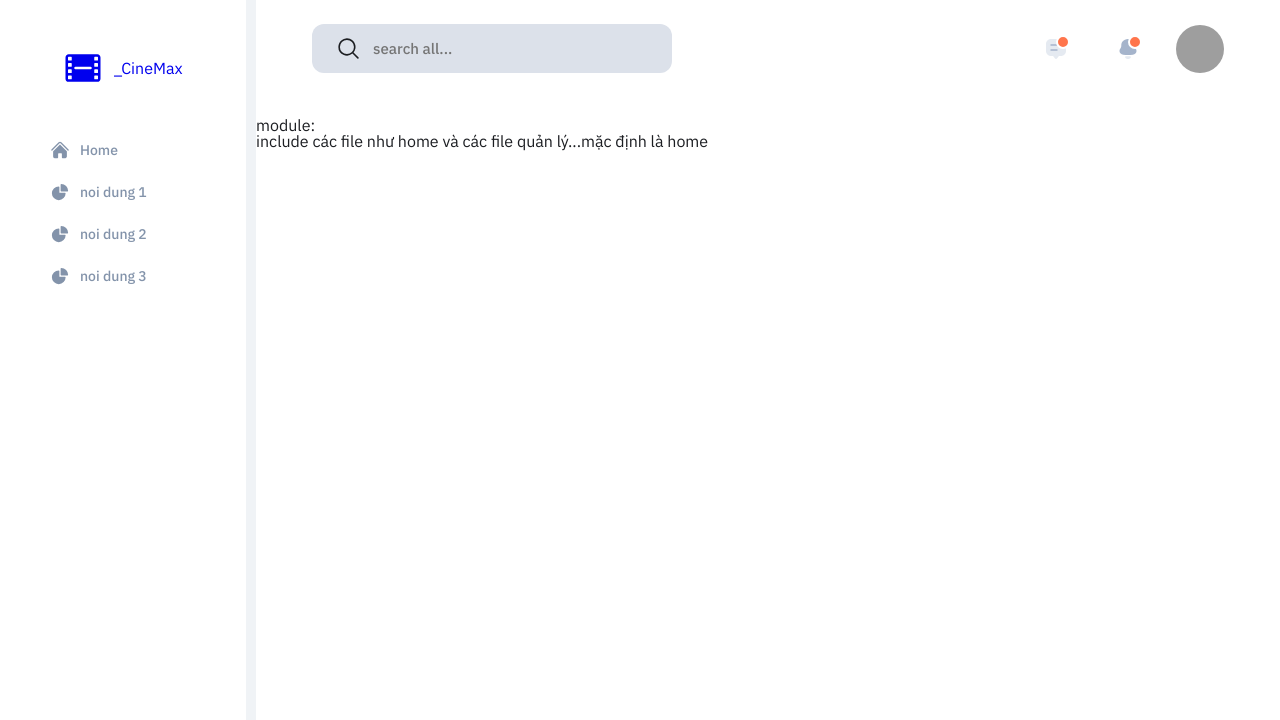
Repository: tdthinhtran961/DoAnCineMax
Page: http://localhost/admin/index.php?act=movies
The author's editor kept a copy of each file at every save. The page is drawn from the files as they stood at one save, then again after the next save.
The browser window is 1280 px wide. The pictures show the whole page.
Pictures or frames that could not be fetched are drawn as grey boxes. The page is run by PHP 8.4 with error messages shown; the project is at /var/www/html/.

Above is the page before, as saved 2023-05-25 23:42:49.

After the next save:
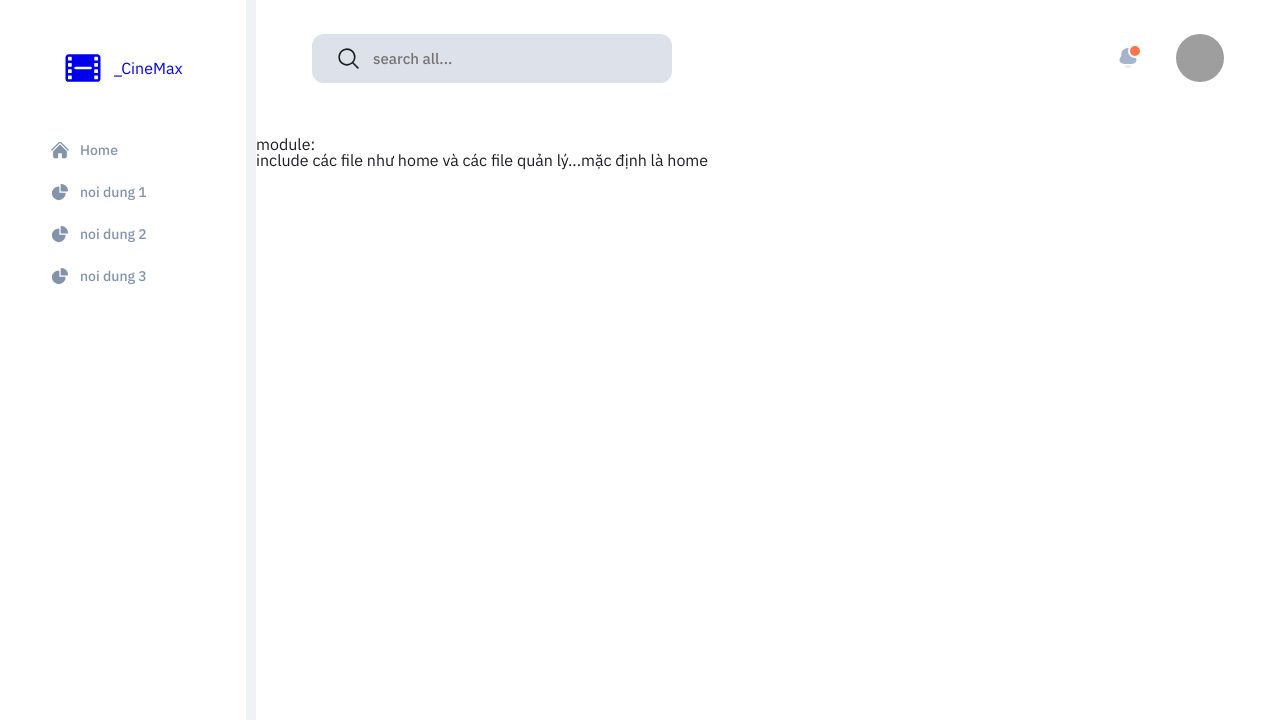
Saved 45 s later.
--- a/admin/view/layout/topbar.php
+++ b/admin/view/layout/topbar.php
@@ -6,7 +6,7 @@
         <input type="text" class="search-input" placeholder="search all...">
     </div>
     <div class="topbar-right">
-        <svg class="icon-message" width="48" height="48" viewBox="0 0 48 48" fill="none" xmlns="http://www.w3.org/2000/svg">
+        <svg class="icon-message topbar" width="48" height="48" viewBox="0 0 48 48" fill="none" xmlns="http://www.w3.org/2000/svg">
             <path d="M14 24.97V18.99C14 16.23 16.24 14 19 14H29C31.76 14 34 16.23 34 18.99V25.97C34 28.72 31.76 30.95 29 30.95H27.5C27.19 30.95 26.89 31.1 26.7 31.35L25.2 33.34C24.54 34.22 23.46 34.22 22.8 33.34L21.3 31.35C21.14 31.13 20.78 30.95 20.5 30.95H19C16.24 30.95 14 28.72 14 25.97V24.97Z" fill="#E5EAF1"/>
             <path d="M29 20.75H19C18.59 20.75 18.25 20.41 18.25 20C18.25 19.59 18.59 19.25 19 19.25H29C29.41 19.25 29.75 19.59 29.75 20C29.75 20.41 29.41 20.75 29 20.75Z" fill="#A5B4CB"/>
             <path d="M25 25.75H19C18.59 25.75 18.25 25.41 18.25 25C18.25 24.59 18.59 24.25 19 24.25H25C25.41 24.25 25.75 24.59 25.75 25C25.75 25.41 25.41 25.75 25 25.75Z" fill="#A5B4CB"/>

After the 2 saves that followed:
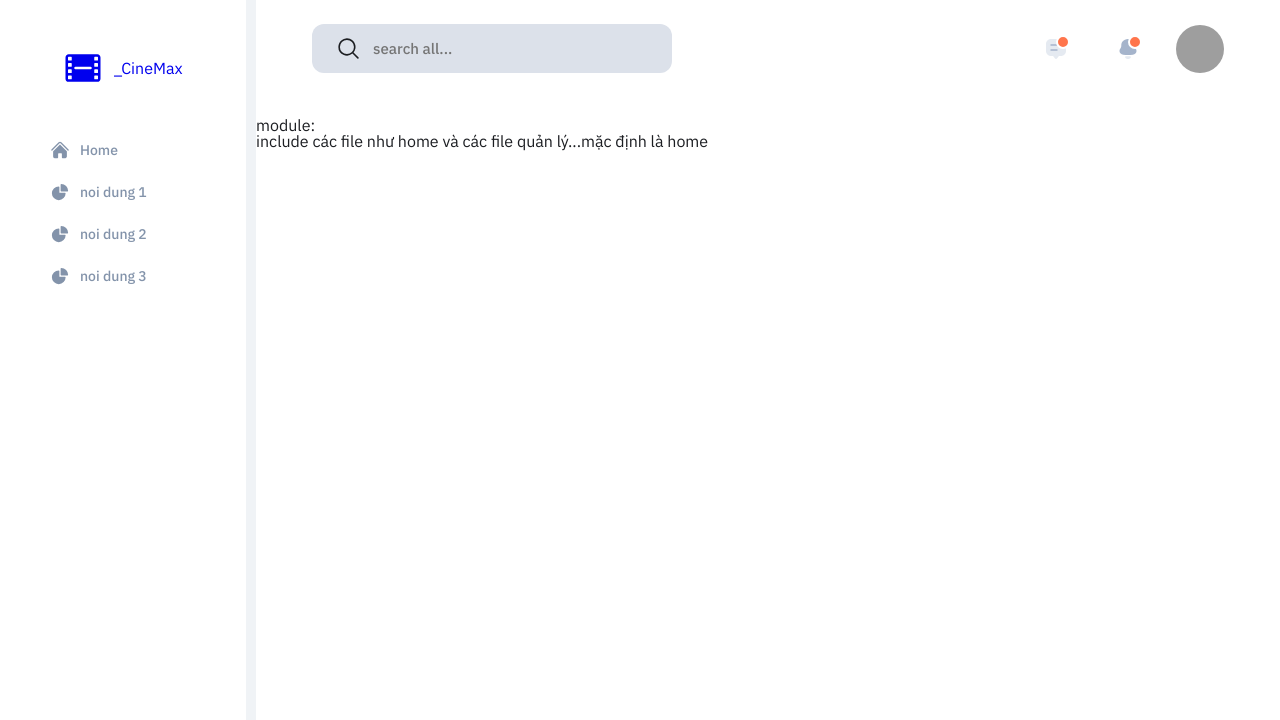
The 2 saves are shown as one change because they came seconds apart.
The last was saved 7 s later.
--- a/admin/view/layout/topbar.php
+++ b/admin/view/layout/topbar.php
@@ -6,14 +6,14 @@
         <input type="text" class="search-input" placeholder="search all...">
     </div>
     <div class="topbar-right">
-        <svg class="icon-message topbar" width="48" height="48" viewBox="0 0 48 48" fill="none" xmlns="http://www.w3.org/2000/svg">
+        <svg class="icon-message topbar-action" width="48" height="48" viewBox="0 0 48 48" fill="none" xmlns="http://www.w3.org/2000/svg">
             <path d="M14 24.97V18.99C14 16.23 16.24 14 19 14H29C31.76 14 34 16.23 34 18.99V25.97C34 28.72 31.76 30.95 29 30.95H27.5C27.19 30.95 26.89 31.1 26.7 31.35L25.2 33.34C24.54 34.22 23.46 34.22 22.8 33.34L21.3 31.35C21.14 31.13 20.78 30.95 20.5 30.95H19C16.24 30.95 14 28.72 14 25.97V24.97Z" fill="#E5EAF1"/>
             <path d="M29 20.75H19C18.59 20.75 18.25 20.41 18.25 20C18.25 19.59 18.59 19.25 19 19.25H29C29.41 19.25 29.75 19.59 29.75 20C29.75 20.41 29.41 20.75 29 20.75Z" fill="#A5B4CB"/>
             <path d="M25 25.75H19C18.59 25.75 18.25 25.41 18.25 25C18.25 24.59 18.59 24.25 19 24.25H25C25.41 24.25 25.75 24.59 25.75 25C25.75 25.41 25.41 25.75 25 25.75Z" fill="#A5B4CB"/>
             <rect x="25" y="11" width="12" height="12" rx="6" fill="#FF754C"/>
             <rect x="25" y="11" width="12" height="12" rx="6" stroke="white" stroke-width="2"/>
         </svg>
-        <svg class="icon-noti" width="48" height="48" viewBox="0 0 48 48" fill="none" xmlns="http://www.w3.org/2000/svg">
+        <svg class="icon-noti topbar-action" width="48" height="48" viewBox="0 0 48 48" fill="none" xmlns="http://www.w3.org/2000/svg">
             <path d="M31.7695 23.6453C31.039 22.7923 30.7071 22.0531 30.7071 20.7972V20.3701C30.7071 18.7335 30.3304 17.6791 29.5115 16.6246C28.2493 14.987 26.1244 14 24.0442 14H23.9558C21.9194 14 19.8611 14.9417 18.577 16.5128C17.7133 17.5884 17.2929 18.6882 17.2929 20.3701V20.7972C17.2929 22.0531 16.9828 22.7923 16.2305 23.6453C15.6769 24.2738 15.5 25.0815 15.5 25.9557C15.5 26.8309 15.7872 27.6598 16.3637 28.3336C17.116 29.1413 18.1785 29.6569 19.2638 29.7466C20.835 29.9258 22.4063 29.9933 24.0005 29.9933C25.5937 29.9933 27.165 29.8805 28.7372 29.7466C29.8215 29.6569 30.884 29.1413 31.6363 28.3336C32.2118 27.6598 32.5 26.8309 32.5 25.9557C32.5 25.0815 32.3231 24.2738 31.7695 23.6453Z" fill="#A5B4CB"/>
             <path d="M26.0087 31.2283C25.5088 31.1215 22.4626 31.1215 21.9627 31.2283C21.5353 31.327 21.0732 31.5566 21.0732 32.0602C21.098 32.5406 21.3793 32.9646 21.7689 33.2335L21.7679 33.2345C22.2718 33.6273 22.8631 33.877 23.4823 33.9667C23.8123 34.012 24.1482 34.01 24.4901 33.9667C25.1083 33.877 25.6996 33.6273 26.2035 33.2345L26.2025 33.2335C26.5921 32.9646 26.8734 32.5406 26.8982 32.0602C26.8982 31.5566 26.4361 31.327 26.0087 31.2283Z" fill="#E5EAF1"/>
             <rect x="25" y="11" width="12" height="12" rx="6" fill="#FF754C"/>
